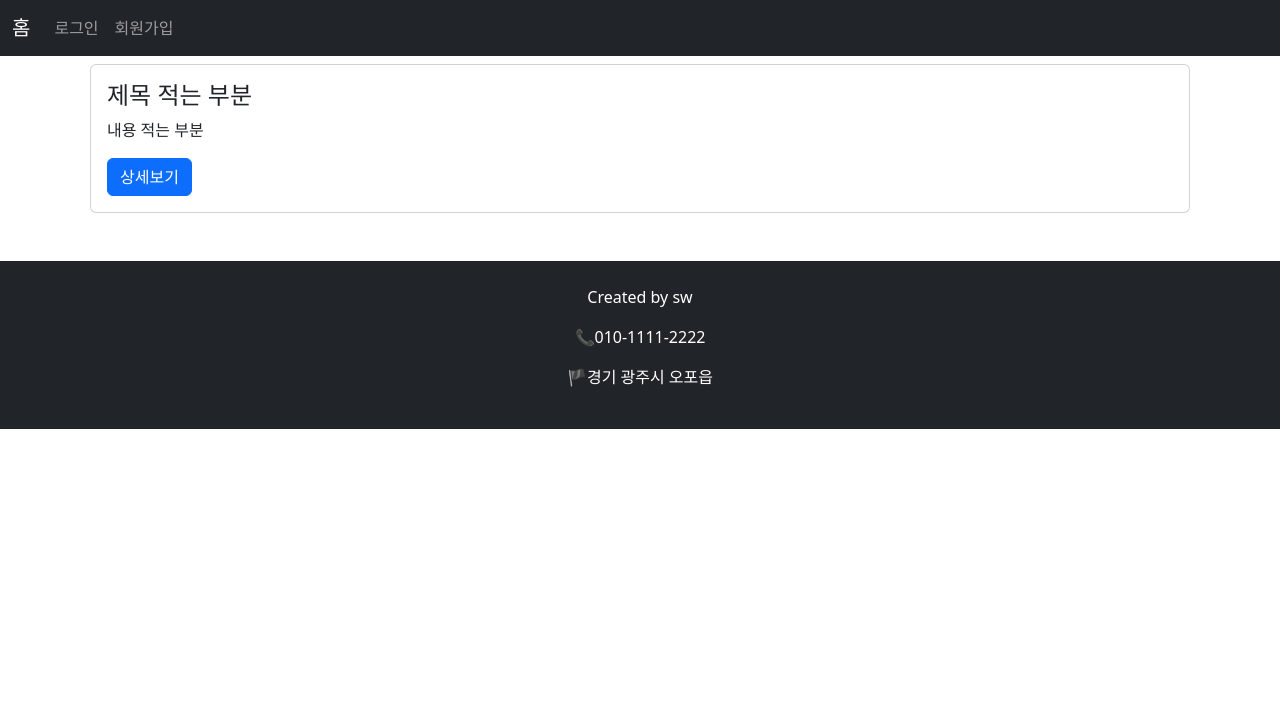
Repository: ksw0502/Springboot-JPA-Blog
Page: http://localhost/blog/WEB-INF/views/index.jsp
The author's editor kept a copy of each file at every save. The page is drawn from the files as they stood at one save, then again after the next save.
The browser window is 1280 px wide. The pictures show the whole page.
The page is served by Tomcat 9. Nobody is signed in. The template is opened directly, without the code that normally fills it, so the values that code supplies are empty.

Above is the page before, as saved 2023-11-25 15:45:25.

After the next save:
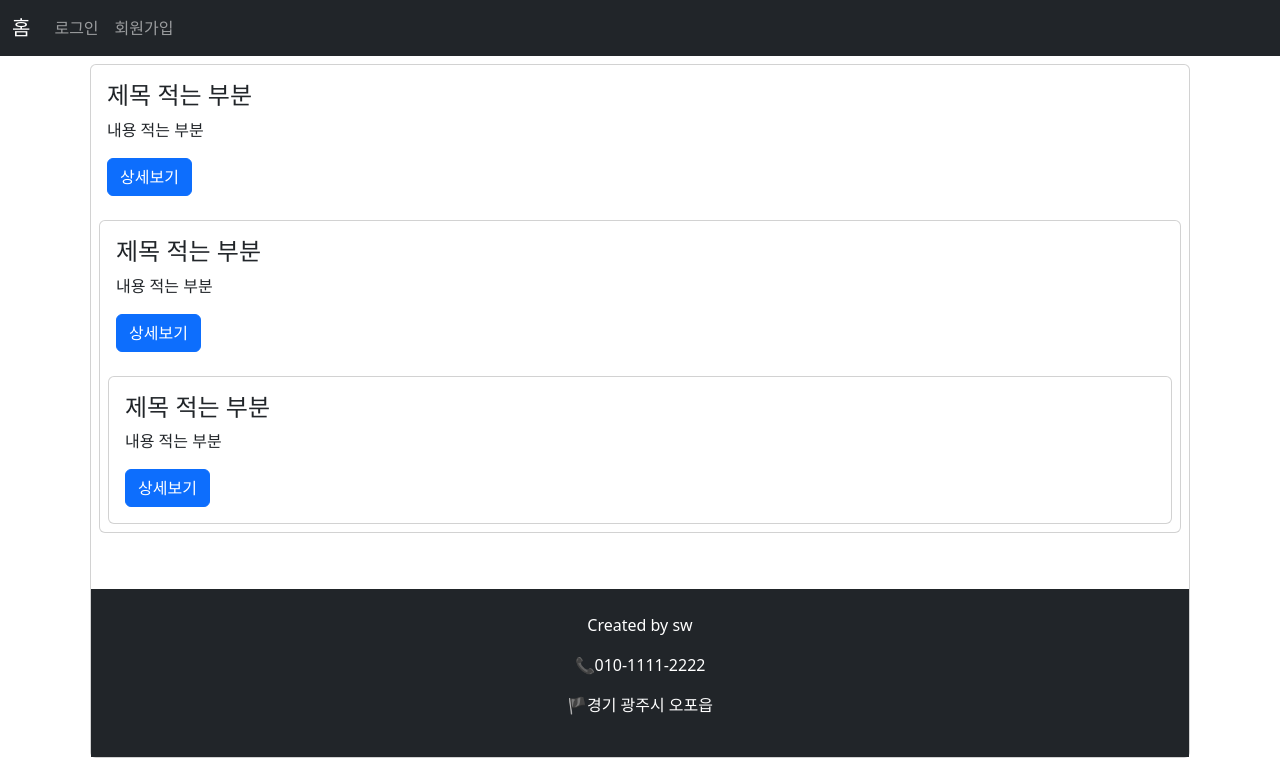
Saved 42 s later.
--- a/blog/src/main/webapp/WEB-INF/views/index.jsp
+++ b/blog/src/main/webapp/WEB-INF/views/index.jsp
@@ -32,6 +32,20 @@
 				<p class="card-text">내용 적는 부분</p>
 				<a href="#" class="btn btn-primary">상세보기</a>
 			</div>
+
+			<div class="card m-2" >
+			<div class="card-body">
+				<h4 class="card-title">제목 적는 부분</h4>
+				<p class="card-text">내용 적는 부분</p>
+				<a href="#" class="btn btn-primary">상세보기</a>
+			</div>
+
+			<div class="card m-2" >
+			<div class="card-body">
+				<h4 class="card-title">제목 적는 부분</h4>
+				<p class="card-text">내용 적는 부분</p>
+				<a href="#" class="btn btn-primary">상세보기</a>
+			</div>
 		</div>
 	</div>
 
